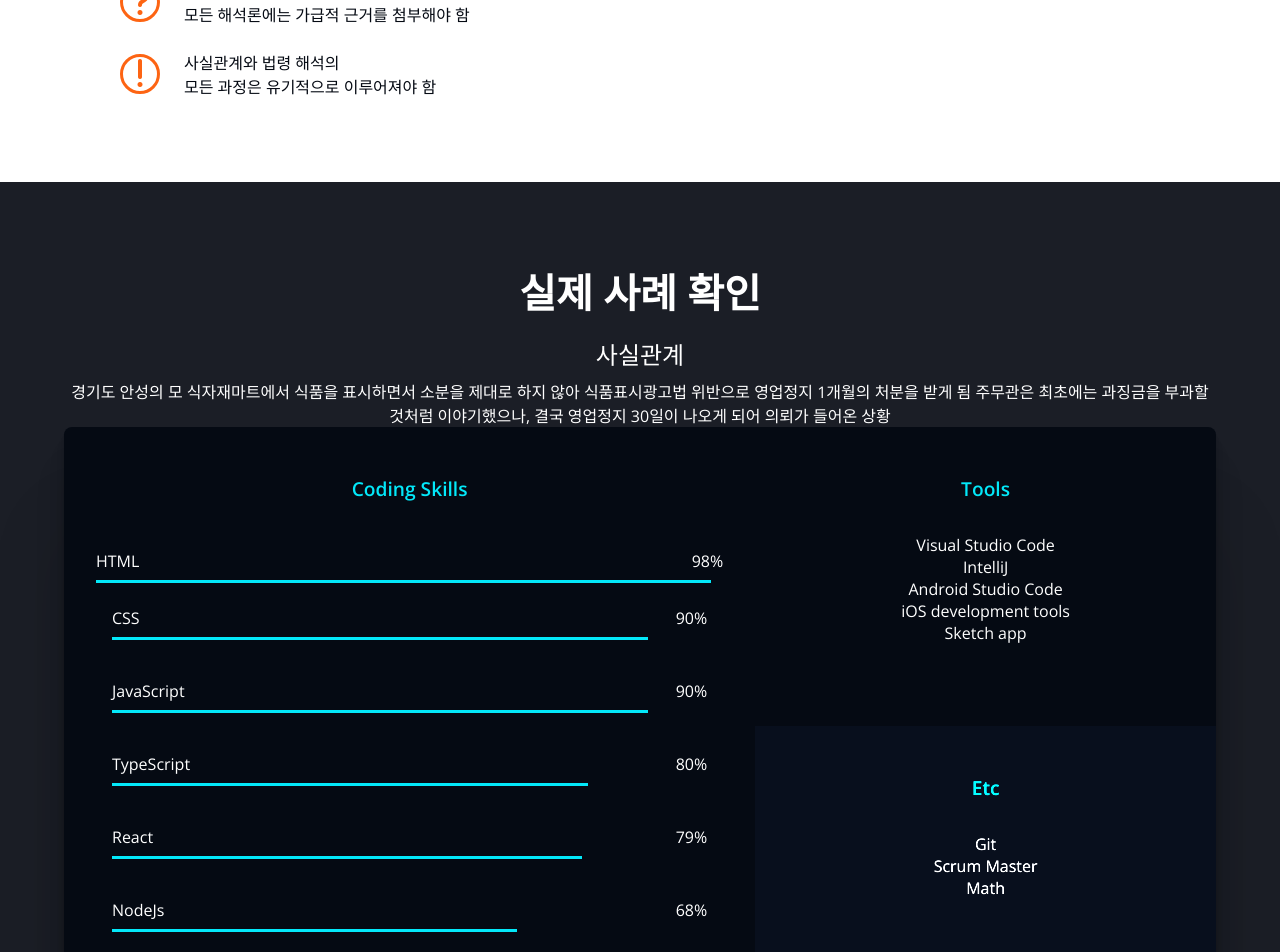
Repository: eggmoon/eggmoon_new
Page: index.html
The author's editor kept a copy of each file at every save. The page is drawn from the files as they stood at one save, then again after a run of saves.
The browser window is 1280 px wide. The pictures show the part of the page from y = 1224 to 2176 px (the page is 4334 px tall before and 4356 px after).
A picture or video elsewhere on the page could not be fetched, so the positions and the page height are approximate. Some web libraries are served in a nearby version.

Above is the page before, as saved 2025-02-26 18:10:44.
Console error: SyntaxError: Unexpected end of input

### index.html
<!DOCTYPE html>
<html lang="en">
  <head>
    <meta charset="UTF-8" />
    <meta http-equiv="X-UA-Compatible" content="IE=edge" />
    <meta name="viewport" content="width=device-width, initial-scale=1.0" />
    <!-- SEO -->
    <title>행정심판청구서 작성 가이드</title>
    <meta
      name="description"
      content="Portfolio for world-renowned software
    engineer Ellie"
    />
    <meta name="author" content="MScho" />
    <link rel="shortcut icon" href="images/favicon.ico" type="image/x-icon" />
    <!-- OG (Open Graph Data) -->
    <meta property="og:title" content="행정정심판청구서 작성 가이드" />
    <meta property="og:type" content="website" />
    <meta property="og:url" content="https://eggmoon.github.io/eggmoon/"/>
    <meta property="og:image" content="배포후에 생성된 이미지 URL" />
    <!-- Google Fonts -->
    <link rel="preconnect" href="https://fonts.googleapis.com" />
    <link rel="preconnect" href="https://fonts.gstatic.com" crossorigin />
    <link
      href="https://fonts.googleapis.com/css2?family=Open+Sans:wght@400;600&display=swap"
      rel="stylesheet"
    />
    <!-- Font Awesome -->
    <script src="https://kit.fontawesome.com/8d3cd595d6.js" crossorigin="anonymous"></script>
    <!-- CSS -->
    <link rel="stylesheet" href="css/style.css" />
    <!-- Javascript -->
    <script src="src/main.js" defer></script>
  </head>
  <body>
    <!-- Header -->
    <header class="header">
      <div class="header__logo">
        <img class="header__logo__img" src="images/favicon.ico" alt="logo" />
        <h1 class="header__logo__title"><a href="#">조미성 행정사사무소</a></h1>
      </div>
      <nav class="header__nav">
        <ul class="header__menu">
          <li><a class="header__menu__item active" href="#home">HOME</a></li>
          <li><a class="header__menu__item" href="#about">작성Flow</a></li>
          <li><a class="header__menu__item" href="#skills">실제 사례</a></li>
          <li><a class="header__menu__item" href="#work">법령해석 및 자료수집</a></li>
          <li><a class="header__menu__item" href="#testimonial">사실관계의 재구성</a></li>
          <li><a class="header__menu__item" href="#contact">Bottom</a></li>
        </ul>
      </nav>
    </header>
    <!-- Main -->
    <main>
      <!-- Home -->
      <section id="home" class="section">
        <img class="home__logo" src="images/favicon.ico" alt="Ellie's profile" />
        <h2 class="home__title"><strong class="home__title--strong">행정심판청구서</strong> <br> 작성 가이드</h2>
        <p class="home__description">사실관계 확정과 비례의 원칙을 중심으로</p>
        <a class="home__contact" href="#contact">조미성 행정사사무소</a>
      </section>
      <!-- About -->
      <section id="about" class="section max-container =">
        <h2 class="title">작성 Flow</h2>
        <p section="description">
          사실관계 및 법령의 확인
        </p>
        <p>내용을 작성해야 합니다.</p>
        <ul class="about__majors">
          <li class="about__major">
            <i class="fa-solid fa-magnifying-glass about__major__icon"></i>
            <p class="about__major__title">Step 1</p>
            <p>사실관계 및 관련 법령 확인</p>
          </li>
          <li class="about__major">
            <i class="fa-solid fa-book about__major__icon"></i>
            <p class="about__major__title">Step 2</p>
            <p>자료조사 및 법령의 해석론 확립</p>
            <li class="about__major">
              <i class="fa-solid fa-arrow-down-z-a about__major__icon"></i>
              <p class="about__major__title">Step 3</p>
              <p>사실관계의 전략적 재구성</p>
            </li>
          </li>
        </ul>
        <ul class="about__subexps">
          <li class="about__subexp">
            <div class="redicon"><i class="fa-solid fa-question"></i></div>
            <div>
              <p class="about__subexp__title">단순히 법령을 유리하게 해석하는 것만으로는 부족할 수 있으며,</p>
              <p class="about__subexp__content">모든 해석론에는 가급적 근거를 첨부해야 함</p>
            </div>
          </li>
          <li class="about__subexp">
            <div class="redicon"><i class="fa-solid fa-exclamation"></i></div>
            <div>
              <p class="about__subexp__title"> 사실관계와 법령 해석의 </p>
              <p class="about__subexp__content">모든 과정은 유기적으로 이루어져야 함</p>
            </div>
          </li>
        </ul>
      </section>
      <!-- Skills -->
      <section id="skills" class="section">
        <div class="max-container">
          <h2 class="title">실제 사례 확인</h2>
          <p class="description">사실관계</p>
          <p>
            경기도 안성의 모 식자재마트에서 식품을 표시하면서 소분을 제대로 하지 않아 식품표시광고법 위반으로 영업정지 1개월의 처분을 받게 됨
            주무관은 최초에는 과징금을 부과할 것처럼 이야기했으나, 결국 영업정지 30일이 나오게 되어 의뢰가 들어온 상황
          <div class="skills-container">
            <section class="skills__rule">
              <h3 class="skills__title">Coding Skills</h3>
              <ul황
                <li class="bar">
                  <div class="bar__metadata"><span>HTML</span><span>98%</span></div>
                  <div><div class="bar__value bar__bg" style="width: 98%"></div></div>
                </li>
                <li class="bar">
                  <div class="bar__metadata"><span>CSS</span><span>90%</span></div>
                  <div><div class="bar__value bar__bg" style="width: 90%"></div></div>
                </li>
                <li class="bar">
                  <div class="bar__metadata"><span>JavaScript</span><span>90%</span></div>
                  <div><div class="bar__value bar__bg" style="width: 90%"></div></div>
                </li>
                <li class="bar">
                  <div class="bar__metadata"><span>TypeScript</span><span>80%</span></div>
                  <div><div class="bar__value bar__bg" style="width: 80%"></div></div>
                </li>
                <li class="bar">
                  <div class="bar__metadata"><span>React</span><span>79%</span></div>
                  <div><div class="bar__value bar__bg" style="width: 79%"></div></div>
                </li>
                <li class="bar">
                  <div class="bar__metadata"><span>NodeJs</span><span>68%</span></div>
                  <div><div class="bar__value bar__bg" style="width: 68%"></div></div>
                </li>
              </ul>
            </section>
            <section class="skills__explain">
              <h3 class="skills__title">Tools</h3>
              <ul>
                <li>Visual Studio Code</li>
                <li>IntelliJ</li>
                <li>Android Studio Code</li>
                <li>iOS development tools</li>
                <li>Sketch app</li>
              </ul>
            </section>
            <section class="skills__data">
              <h3 class="skills__title">Etc</h3>
              <ul>
                <li>Git</li>
                <li>Scrum Master</li>
                <li>Math</li>
              </ul>
            </section>
          </div>
        </div>
      </section>
      <!-- Work -->
      <section id="work" class="section">
        <div class="max-container">
          <h2 class="title">법령 해석 및 자료 수집</h2>
          <p class="description">Projects</p>
          <ul class="categories">
            <li>
              <button class="category category--selected">All <span class="category__count">8</span></button>
            </li>
            <li>
              <button class="category">근거법령<span class="category__count">3</span></button>
            </li>
            <li>
              <button class="category">하위법령<span class="category__count">3</span></button>
            </li>
            <li>
              <button class="category"> 논문/자료 등 <span class="category__count">2</span></button>
            </li>
          </ul>
          <ul class="projects">
            <li class="project">
              <a href="#" target="_blank">
                <img src="images/projects/project1.jpg" alt="act1" class="project__img"/>
                <div class="project__metadata">
                  <h3 class="project__title"><a href="https://www.law.go.kr/%EB%B2%95%EB%A0%B9/%EC%8B%9D%ED%92%88%EC%9C%84%EC%83%9D%EB%B2%95" target="_blank">식품위생법</a></h3>
                  <p>2019년 이후 식품광고법 분리</p>
                </div>
              </a>
            </li>
            <li class="project">
              <a href="#" target="_blank">
                <img src="images/projects/project2.jpg" alt="project2" class="project__img"/>
                <div class="project__metadata">
                  <h3 class="project__title">식품광고법</h3>
                  <p>사건 적용 주요 법률</p>
                </div>
              </a>
            </li>
            <li class="project">
              <a href="#" target="_blank">
                <img src="images/projects/project3.do" alt="project3" class="project__img" style="object-fit:cover;"/>
                <div class="project__metadata">
                  <h3 class="project__title"><a href="images/projects/project3.jpg" target="_blank">고객 자료 수집</a></h3>
                  <p>Clone Coding with HTML, CSS</p>
                </div>
              </a>
            </li>
            <li class="project">
              <a href="#" target="_blank">
                <img src="images/projects/project4.webp" alt="project4" class="project__img"/>
                <div class="project__metadata">
                  <h3 class="project__title">Project #4</h3>
                  <p>Clone Coding with HTML, CSS</p>
                </div>
              </a>
            </li>
            <li class="project">
              <a href="#" target="_blank">
                <img src="images/projects/project5.webp" alt="project5" class="project__img"/>
                <div class="project__metadata">
                  <h3 class="project__title">Project #5</h3>
                  <p>Clone Coding with HTML, CSS</p>
                </div>
              </a>
            </li>
            <li class="project">
              <a href="#" target="_blank">
                <img src="images/projects/project6.webp" alt="project6" class="project__img"/>
                <div class="project__metadata">
                  <h3 class="project__title">Project #6</h3>
                  <p>Clone Coding with HTML, CSS</p>
                </div>
              </a>
            </li>
            <li class="project">
              <a href="#" target="_blank">
                <img src="images/projects/project7.webp" alt="project7" class="project__img"/>
                <div class="project__metadata">
                  <h3 class="project__title">Project #7</h3>
                  <p>Clone Coding with HTML, CSS</p>
                </div>
              </a>
            </li>
            <li class="project">
              <a href="#" target="_blank">
                <img src="images/projects/project8.webp" alt="project8" class="project__img"/>
                <div class="project__metadata">
                  <h3 class="project__title">Project #8</h3>
                  <p>Clone Coding with HTML, CSS</p>
                </div>
              </a>
            </li>
          </ul>
        </div>
      </section>
      <!-- Testimonials -->
      <section id="testimonials" class="section max-container">
        <h2 class="title">사실관계의 재구성</h2>
        <p class="description">요건사실을 어떻게 유리하게 포섭할 수있을까?</p>
        <ul class="testimonials">
          <li class="testimonial">
            <img src="images/testimonials/people1.webp" alt="주체(고의/과실)" class="testimonial__img" />
            <div class="testimonial__bubble">
              <p>
                <span class="testimonial__bubble__name">법적 주체</span>는 (주)** 마트이며, <span class="testimonial__bubble__name">대표자</span>는 이**이고, <span class="testimonial__bubble__name">실제 행위자</span>는 ** 농산마트 직원들인 상황에서 유리한 점과 불리한 점은 무엇이 있을까? 어떤 요건에 포섭할 수있을까?
              </p>
              <p><span class="testimonial__bubble__name">주체/고의 및 과실</span></p>
            </div>
          </li>
          <li class="testimonial">
            <img src="images/testimonials/people2.webp" alt="내용/기간 및 위반 분량" class="testimonial__img" />
            <div class="testimonial__bubble">
              <p>일반적이지 않은 <span class="testimonial__bubble__name">
                특별한 사정</span>이 인정될 여지는 없을까?
              </p>책임 및 감경/행위요건</p>
            </div>
          </li>
          <li class="testimonial">
            <img src="images/testimonials/people3.webp" alt="people3" class="testimonial__img" />
            <div class="testimonial__bubble">
              <p class="testimonial__bubble__name">
                Lorem ipsum dolor sit amet consectetur adipisicing elit.
                Perferendis, mollitia. Fugiat recusandae unde ducimus harum
                voluptas earum reiciendis expedita inventore quas ab eum
                dignissimos, maiores deleniti officiis qui, repudiandae
                voluptatibus?
              </p>
              <p class="testimonial__bubble__name"><a href="#">Anna Jin</a> /Samsung</p>
            </div>
          </li>
        </ul>
      </section>
      <!-- Arrow up -->
      <aside>
        <a class="arrow-up" href="#home" title="back to top">
          <i class="fa-solid fa-arrow-up"></i>
        </a>
      </aside>
    </main>
    <!-- Footer -->
    <footer id="contact" class="section">
      <div class="max-container">
        <h2 class="title">Let&#39;s talk</h2>
      <p class="testimonial__bubble__name" class="section">dream.coder.ellie@gmail.com</p>
      <ul class="contact__links">
        <li>
          <a
            class="contact__link"
            href="https://github.com/eggmoon"
            target="_blank"
            title="my github link"
          >
            <i class="fa-brands fa-github"></i>
          </a>
        </li>
        <li>
          <a
            class="contact__link"
            href="https://github.com/eggmoon"
            target="_blank"
            title="my linkedin link"
          >
            <i class="fa-brands fa-linkedin"></i>
          </a>
        </li>
      </ul>
      <p class="testimonial__bubble__name">ⓒMS Cho - All rights reserved</p>
      </div>
    </footer>
  </body>
</html>

Loaded but not shown: src/main.js (common file); css/style.css (520 lines, source omitted)

After the next 3 saves:
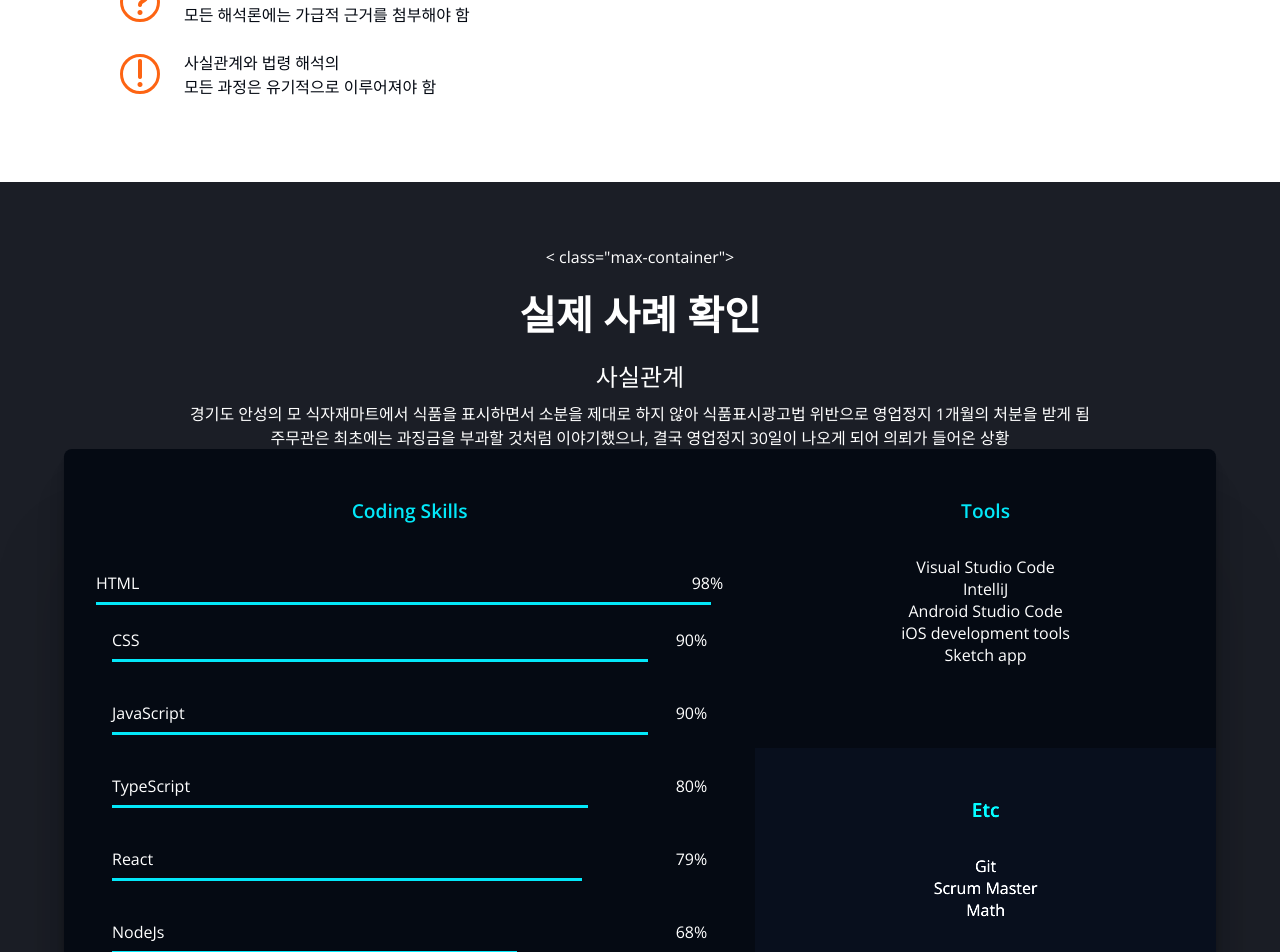
The 3 saves are shown as one change because they came seconds apart.
The last was saved 33 s later.
--- a/index.html
+++ b/index.html
@@ -102,11 +102,11 @@
       </section>
       <!-- Skills -->
       <section id="skills" class="section">
-        <div class="max-container">
+        < class="max-container">
           <h2 class="title">실제 사례 확인</h2>
           <p class="description">사실관계</p>
           <p>
-            경기도 안성의 모 식자재마트에서 식품을 표시하면서 소분을 제대로 하지 않아 식품표시광고법 위반으로 영업정지 1개월의 처분을 받게 됨
+            경기도 안성의 모 식자재마트에서 식품을 표시하면서 소분을 제대로 하지 않아 식품표시광고법 위반으로 영업정지 1개월의 처분을 받게 됨</p>
             주무관은 최초에는 과징금을 부과할 것처럼 이야기했으나, 결국 영업정지 30일이 나오게 되어 의뢰가 들어온 상황
           <div class="skills-container">
             <section class="skills__rule">

After the 4 saves that followed:
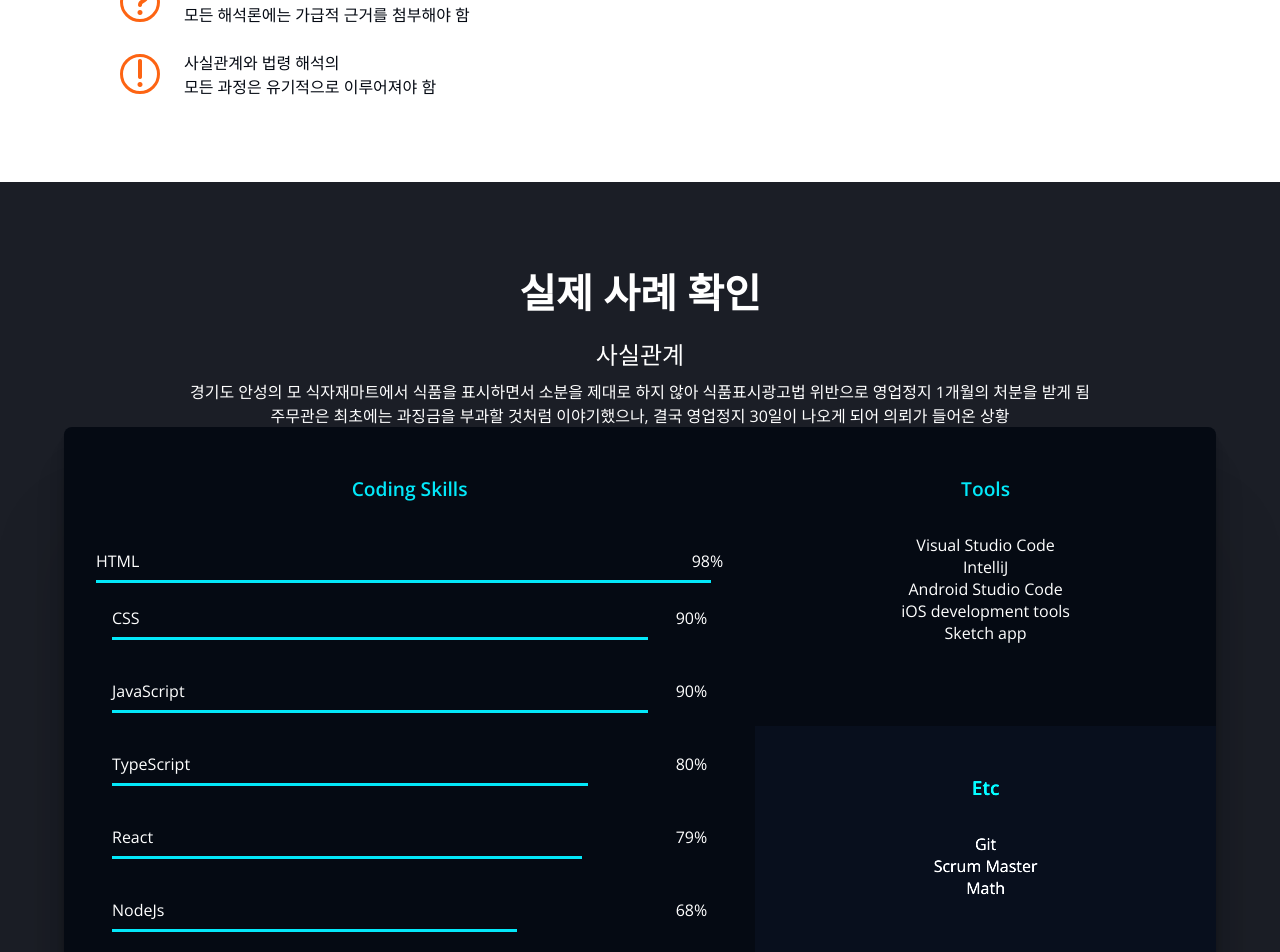
The 4 saves are shown as one change because 2 left the picture as it was and some came seconds apart.
The last was saved 33 s later.
--- a/index.html
+++ b/index.html
@@ -102,12 +102,12 @@
       </section>
       <!-- Skills -->
       <section id="skills" class="section">
-        < class="max-container">
+        <div class="max-container">
           <h2 class="title">실제 사례 확인</h2>
           <p class="description">사실관계</p>
           <p>
             경기도 안성의 모 식자재마트에서 식품을 표시하면서 소분을 제대로 하지 않아 식품표시광고법 위반으로 영업정지 1개월의 처분을 받게 됨</p>
-            주무관은 최초에는 과징금을 부과할 것처럼 이야기했으나, 결국 영업정지 30일이 나오게 되어 의뢰가 들어온 상황
+           <p>주무관은 최초에는 과징금을 부과할 것처럼 이야기했으나, 결국 영업정지 30일이 나오게 되어 의뢰가 들어온 상황</p>
           <div class="skills-container">
             <section class="skills__rule">
               <h3 class="skills__title">Coding Skills</h3>
